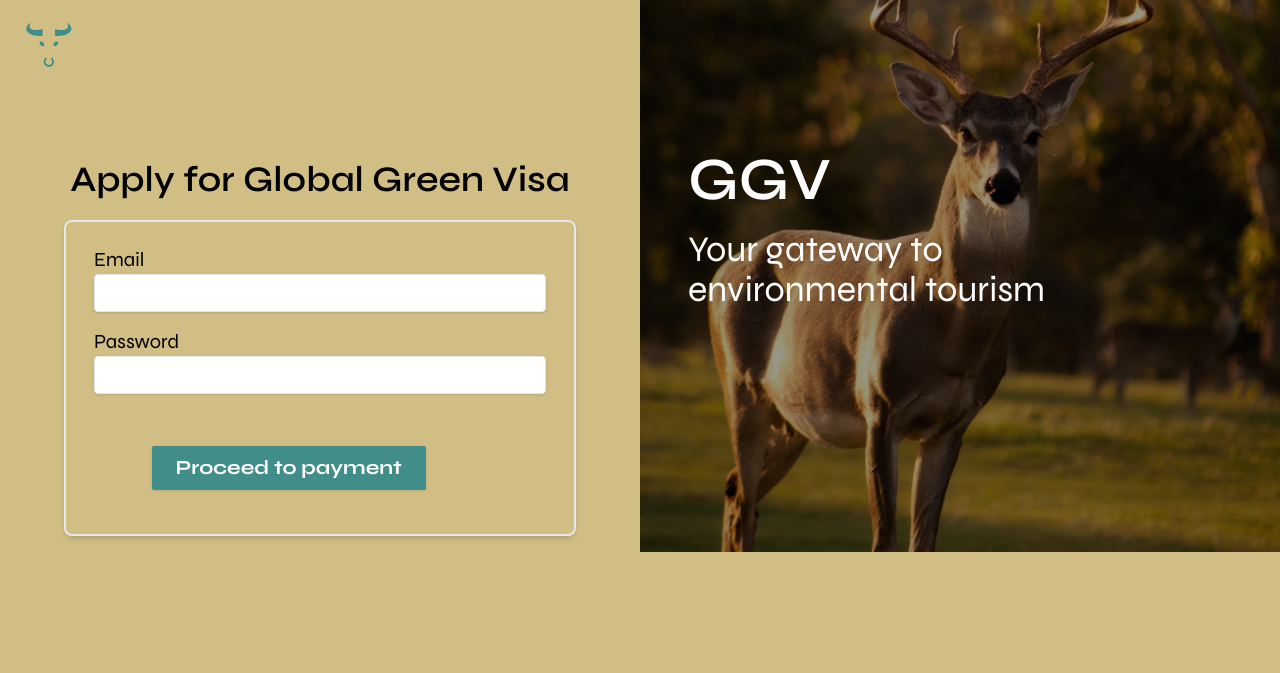
Repository: EngrAhmadUmar/landing-page
Page: /register
An editor plug-in stored every save of this project. The page is shown before and after the next save, followed by the edit.
The browser window is 1280 px wide. The pictures show the whole page.
The project was rebuilt for these pictures with package versions that can differ from the ones it lists, and the page was loaded fresh each time. The framework's server and built-in components were replaced by stand-ins that run in the browser. Also part of the build but not shown: next.config.js, styles/Home.module.css, src/Components/ApplyPageComponents/ApplyForm.jsx, src/Components/ApplyPageComponents/LoginForm.jsx.

Above is the page before, as saved 2022-07-06 11:18:53.

### pages/_app.js
import "../styles/globals.css";
import { ApolloClient, InMemoryCache, ApolloProvider } from "@apollo/client";

//apollo clients
const client = new ApolloClient({
  uri: "http://localhost:1337/graphql",
  cache: new InMemoryCache()
});

function MyApp({ Component, pageProps }) {
  return (
    <ApolloProvider client={client}>
      <Component {...pageProps} />
    </ApolloProvider>
  );
}

export default MyApp;

### pages/register.js
import React from "react";
import { RegisterForm } from "../src/Components/ApplyPageComponents/Index";

export default function Login() {
  return (
    <React.Fragment>
      <div className="bg-[#d1be84] h-[100vh]">
        <RegisterForm />
      </div>
    </React.Fragment>
  );
}

### styles/globals.css
@import url("https://fonts.googleapis.com/css2?family=Poppins:wght@400;500;600&family=Syne:wght@400;500;600;700&display=swap");

@tailwind base;
@tailwind components;
@tailwind utilities;

### src/Components/ApplyPageComponents/Index.jsx
export { default as ApplyForm } from "./ApplyForm";
export { default as LoginForm } from "./LoginForm";
export { default as RegisterForm } from "./RegisterForm";

### src/Components/ApplyPageComponents/RegisterForm.jsx
import { gql, useMutation } from "@apollo/client";
import Head from "next/head";
import Image from "next/image";
import { useState, useRef } from "react";
import styles from "../../../styles/Home.module.css";

const reg = gql`
  mutation joinUs($username: String!, $email: String!, $password: String!) {
    register(input: { email: $email, password: $password }) {
      jwt
      user {
        id
        email
      }
    }
  }
`;

const JoinUs = () => {
  const emailInputRef = useRef();
  const passwordInputRef = useRef();

  const [email, setEmail] = useState("");
  const onChangeEmail = (e) => {
    setEmail(e.target.value);
  };
  const [password, setPassword] = useState("");
  const onChangePassword = (e) => {
    setPassword(e.target.value);
  };

  const [joinUs, { data, loading, error }] = useMutation(reg, {
    variables: {
      email: email,
      password: password
    }
  });

  const onSubmit = (e) => {
    e.preventDefault();
    if (email === "" || password === "") {
      return alert("please fill in all fields");
    }
    joinUs(password, email);

    setEmail("");
    setPassword("");
    setUsername("");
  };

  return (
    <div className=" font-syne " id="joinUs">
      <Head>
        <title>Welcome to GGV</title>
        <meta name="description" content="Join Our Family" />
      </Head>
      <div className="font-syne bg-[#d1be84] bg-cover grid grid-col-1 md:grid-cols-2 2xl:h-[100vh]">
        <div className="">
          <div className="w-[50px] h-40 pt-5 ml-6">
            <Image
              src="/logo.svg"
              layout="responsive"
              width={5}
              height={5}
              opacity={100}
            />
          </div>
          <h3
            className={`${
              styles.headings
            }  ${"text-center text-3xl md:text-4xl mb-5 font-semibold"}`}
          >
            Apply for Global Green Visa
          </h3>
          <form
            onSubmit={onSubmit}
            className="shadow-md rounded-lg px-7 pt-6 pb-8 m-4 lg:mx-12 xl:mx-auto border-gray border-2 font-Syne md:max-w-lg"
          >
            <div className="mb-4">
              <label className="text-lg md:text-xl">Email</label>
              <input
                type="email"
                ref={emailInputRef}
                value={email}
                onChange={onChangeEmail}
                placeholder=""
                className="shadow appearance-none border rounded w-full py-2 px-3 text-gray-700 leading-tight focus:outline-none focus:shadow-outline"
              />
            </div>
            <div className="mb-4">
              <label className="text-lg md:text-xl">Password</label>
              <input
                type="password"
                ref={passwordInputRef}
                value={password}
                onChange={onChangePassword}
                placeholder=""
                className="shadow appearance-none border rounded w-full py-2 px-3 text-gray-700 leading-tight focus:outline-none focus:shadow-outline"
              />
            </div>
            <div className="mt-5 ml-[8vh]">
              <button
                className="shadow focus:shadow-outline focus:outline-none text-white font-bold py-2 px-6 md:text-xl bg-[#418d89] rounded-sm mt-8 mb-3 py-1"
                onClick={onSubmit}
              >
                Proceed to payment
              </button>
            </div>
          </form>
        </div>

        <div className="md:flex hidden text-white bg-[url('/apply_for_visa_bg.png')]  bg-cover bg-no-repeat sm:bg-center md:bg-bottom lg:bg-bottom xl:bg-bottom 2xl:center">
          <div className="mt-[50px] md:mt-[150px] mx-4 md:mx-12">
            <h3 className="  text-4xl md:text-5xl lg:text-6xl font-semibold">
              GGV
            </h3>
            <p className="max-w-md md:max-w-xl text-2xl md:text-4xl mt-5">
              Your gateway to <br></br>environmental tourism
            </p>
          </div>
          <div></div>
        </div>
      </div>
      <>
        {data && (
          <div>
            <h1>Token: {data.register?.jwt}</h1>
            <span>UserID: {data.register.user?.id} </span>
            <span>UserEmail: {data.register.user?.email} </span>
          </div>
        )}
      </>
    </div>
  );
};

export default JoinUs;

### tailwind.config.js
/** @type {import('tailwindcss').Config} */
module.exports = {
  content: [
    "./pages/**/*.{js,ts,jsx,tsx}",
    "./components/**/*.{js,ts,jsx,tsx}",
    "./src/Components/**/*.{js,ts,jsx,tsx}"
  ],
  theme: {
    extend: {
      colors: {
        black: "#000107",
        green: "#418D89"
      },
      fontFamily: {
        syne: ["Syne"]
      }
    }
  },
  plugins: []
};

After the next save:
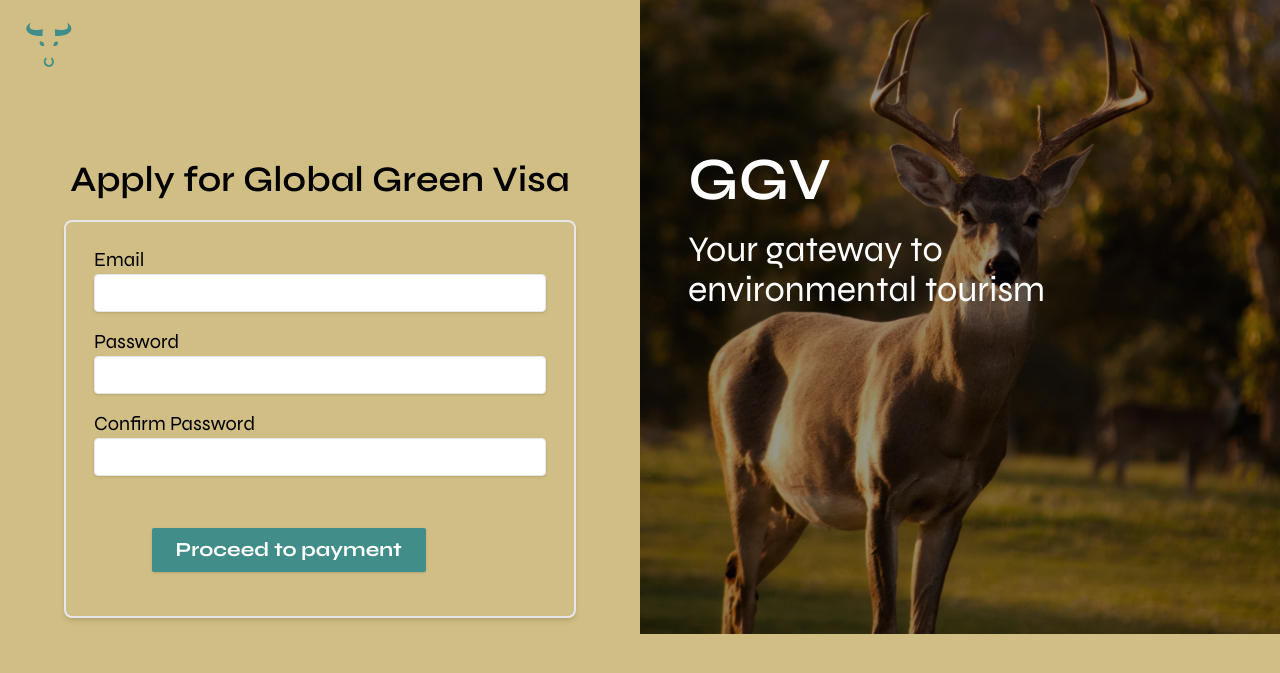
Saved 2 min 50 s later.
--- a/src/Components/ApplyPageComponents/RegisterForm.jsx
+++ b/src/Components/ApplyPageComponents/RegisterForm.jsx
@@ -98,6 +98,17 @@ const JoinUs = () => {
                 className="shadow appearance-none border rounded w-full py-2 px-3 text-gray-700 leading-tight focus:outline-none focus:shadow-outline"
               />
             </div>
+            <div className="mb-4">
+              <label className="text-lg md:text-xl">Confirm Password</label>
+              <input
+                type="password"
+                ref={passwordInputRef}
+                value={password}
+                onChange={onChangePassword}
+                placeholder=""
+                className="shadow appearance-none border rounded w-full py-2 px-3 text-gray-700 leading-tight focus:outline-none focus:shadow-outline"
+              />
+            </div>
             <div className="mt-5 ml-[8vh]">
               <button
                 className="shadow focus:shadow-outline focus:outline-none text-white font-bold py-2 px-6 md:text-xl bg-[#418d89] rounded-sm mt-8 mb-3 py-1"
